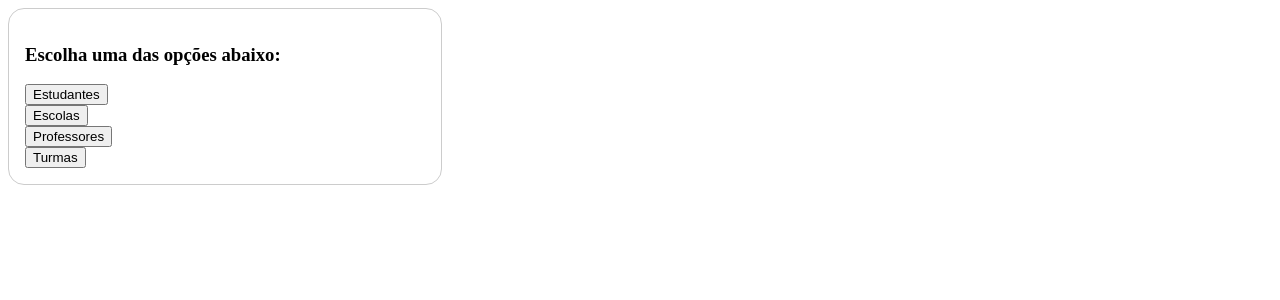
Repository: ipti/br.tag.webservice
Page: http://localhost/Restful-API-TAG/
The author's editor kept a copy of each file at every save. The page is drawn from the files as they stood at one save, then again after the next save.
The browser window is 1280 px wide. The pictures show the whole page.
The page is served by Tomcat 9.

Above is the page before, as saved 2016-04-27 12:55:01.

After the next save:
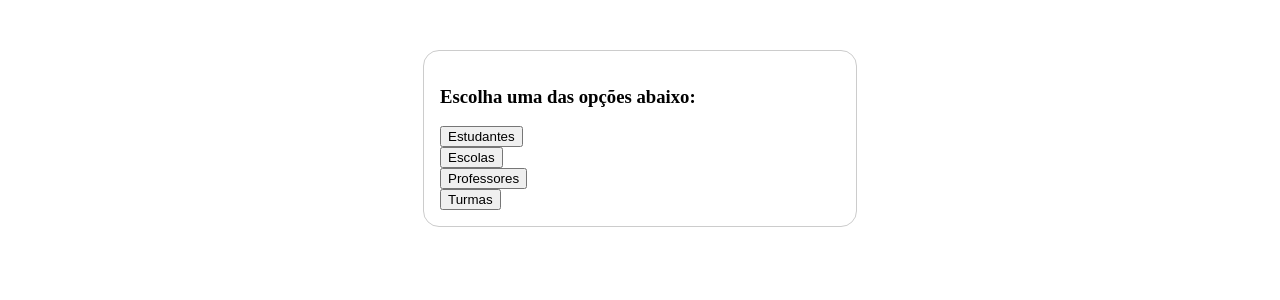
Saved 5 s later.
--- a/Restful-API-TAG/WebContent/styles.css
+++ b/Restful-API-TAG/WebContent/styles.css
@@ -2,7 +2,7 @@
 
 #mainDiv {
     /* Just to center the form on the page */
-    margin: 50 auto;
+    margin: 50px auto;
     width: 400px;
     /* To see the outline of the form */
     padding: 1em;
